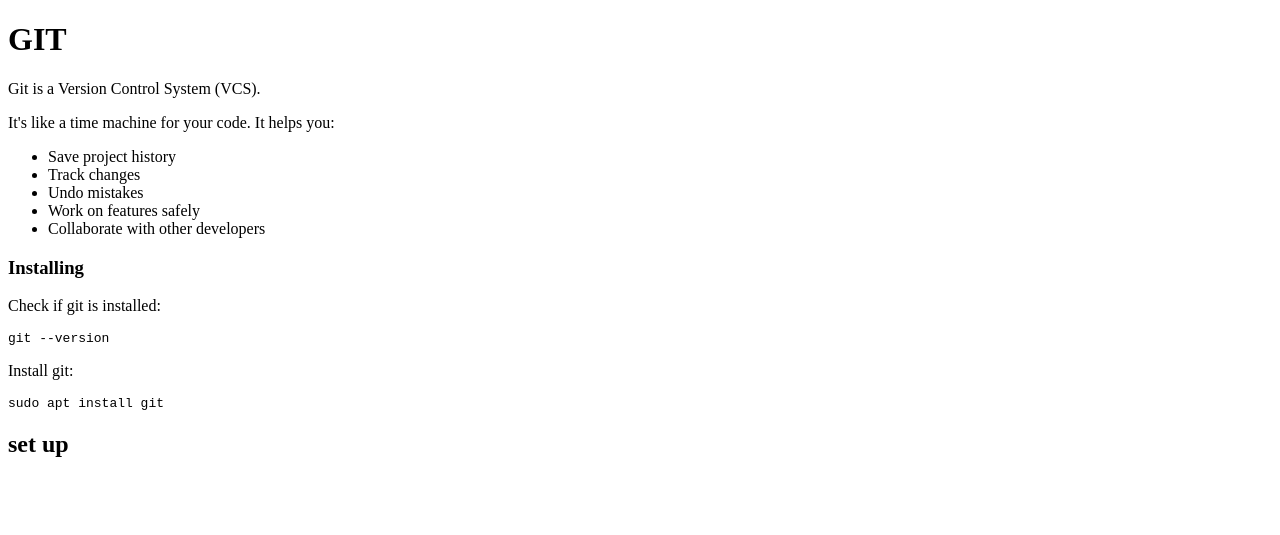
Repository: brownsonjoy1811/GitandGithub
Page: git.html
The author's editor kept a copy of each file at every save. The page is drawn from the files as they stood at one save, then again after the next save.
The browser window is 1280 px wide. The pictures show the whole page.

Above is the page before, as saved 2026-06-16 12:08:03.

### git.html
<!DOCTYPE html>
<html lang="en">
<head>
    <meta charset="UTF-8">
    <meta name="viewport" content="width=device-width, initial-scale=1.0">
    <title>Document</title>
</head>
<body>
    <h1>GIT</h1>
    <p>Git is a Version Control System (VCS).</p>
    <p>It's like a time machine for your code.  It helps you:</p>
    <ul>
        <li>Save project history</li>
        <li>Track changes</li>
        <li>Undo mistakes</li>
        <li>Work on features safely</li>
        <li>Collaborate with other developers</li>
    </ul>

    <h3>Installing</h3>
    <p>Check if git is installed:</p>
    <pre><code>git --version</code></pre>
    <p>Install git:</p>
    <pre><code>sudo apt install git</code></pre>


    <h2>set up</h2>

</body>
</html>

After the next save:
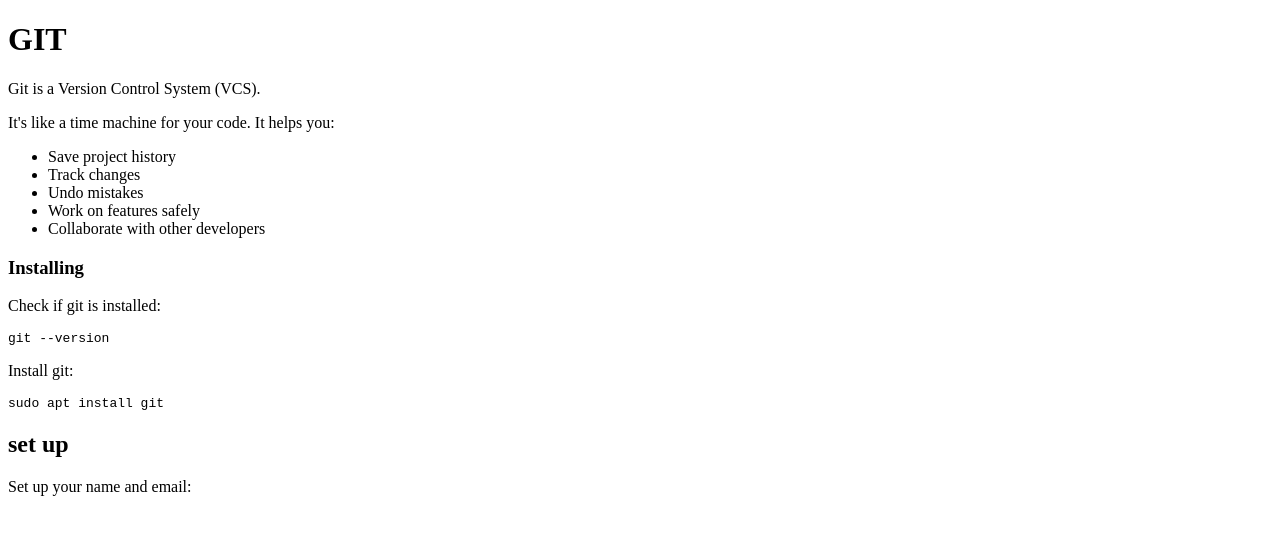
Saved 11 s later.
--- a/git.html
+++ b/git.html
@@ -25,6 +25,6 @@
 
 
     <h2>set up</h2>
-
+    <p>Set up your name and email:</p>
 </body>
 </html>
